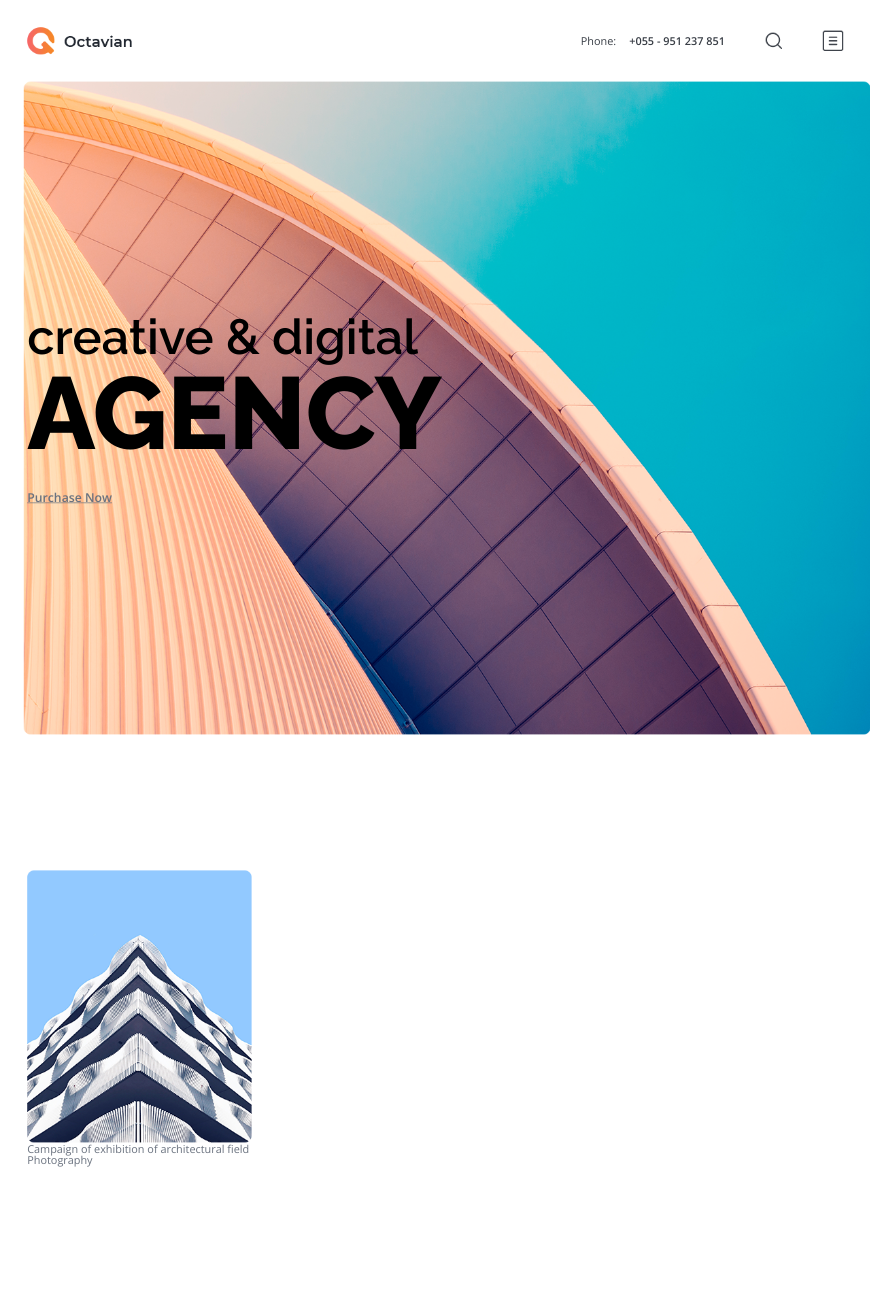
Repository: kate30980/LP-practiceoctavian
Page: index.html
The author's editor kept a copy of each file at every save. The page is drawn from the files as they stood at one save, then again after the next save.
The browser window is 1280 px wide. The pictures show the whole page, at 68% of full size.
The style sheet was rebuilt from its Sass, Less or Tailwind sources for each picture, by a compiler version that may differ from the author's.

Above is the page before, as saved 2021-08-25 09:31:01.

### index.html
<!DOCTYPE html>
<html lang="en">

<head>
    <meta charset="UTF-8">
    <meta http-equiv="X-UA-Compatible" content="IE=edge">
    <meta name="viewport" content="width=device-width, initial-scale=1.0">
    <title>Octavian LP</title>
    <script type="module" src="https://unpkg.com/ionicons@5.5.2/dist/ionicons/ionicons.esm.js"></script>
    <script nomodule src="https://unpkg.com/ionicons@5.5.2/dist/ionicons/ionicons.js"></script>
    <link rel="preconnect" href="https://fonts.googleapis.com">
    <link rel="preconnect" href="https://fonts.gstatic.com" crossorigin>
    <link
        href="https://fonts.googleapis.com/css2?family=Open+Sans:wght@300;400;600;700&family=Raleway:wght@600;700;800&display=swap"
        rel="stylesheet">
    <link rel="stylesheet" href="css/app.css">
</head>

<body>
    <header class="header">
        <div class="container">
            <div class="header-main">
                <img src="./images/logo.png" alt="logo-header" class="header-logo">
                <div class="navigation">
                    <p class="header-phone">Phone: <span>+055 - 951 237 851</span></p>
                    <img src="./images/icon-search.png" alt="" class="icon-search">
                    <img src="./images/icon-bars.png" alt="" class="icon-toggle">
                </div>
            </div>
        </div>
    </header>
    <main>
        <section class="hero">
            <img src="./images/img1.png" alt="img-header" class="hero-image">
            <div class="container">
                <div class="hero-content">
                    <h2 class="hero-caption second-font">creative & digital</h2>
                    <h1 class="hero-heading second-font">Agency</h1>
                    <a href="#" class="hero-link">Purchase Now</a>
                </div>
            </div>
        </section>
        <section class="portfolio">
            <div class="container">
                <div class="portfolio-list">
                    <div class="portfolio-collumn">
                        <div class="portfolio-item">
                            <div class="portfolio-image">
                                <img src="./images/img2.png" alt="img2">
                            </div>
                            <h3 class="portfolio-title">Campaign of exhibition of architectural field</h3>
                            <div class="portfolio-category">Photography</div>
                        </div>
                    </div>
                    <div class="portfolio-collumn"></div>
                    <div class="portfolio-collumn"></div>
                </div>
            </div>
        </section>
    </main>
</body>

</html>

### sass/app.scss
@import "variables";
@import "reset";
@import "base";
@import "header";
@import "hero";
@import "portfolio";

### sass/_variables.scss
$primary-font: "Open sans", sans-serif;
$secondary-font: "Raleway", sans-serif;
$gray: #393e46;
$gray-light: #6a727f;

### sass/_base.scss
body{
    font-family: $primary-font;
    font-size: 16px;
    line-height:1;
    color: $gray-light;
    max-width: 1920px;
    margin: 0 auto;
}
.container{
    max-width: 1200px;
    margin: 0 auto;
    padding:0 15px;
}
.second-font{
    font-family: $secondary-font;
}

### sass/_header.scss
.header{
    &-main{
         display: flex;
         justify-content: space-between;
         align-items: center;
         padding: 40px 0;
    }
    &-phone{
        color: $gray;
        font-weight: 300;
        span{
            font-weight: 600;
            margin-left: 15px;
        }
    }
}
.navigation{
    display: flex;
    align-items: center;
    gap: 0 60px;
}

### sass/_hero.scss
.hero{
    position: relative;
    margin-bottom: 200px;
    &-image{
        margin-left: auto;
        display: block;
    }
    &-content{
        position: absolute;
        top: 50%;
        transform: translateY(-50%);
        z-index: 2;
    }
    &-caption{
        font-size: 72px;
        font-weight: 600;
        color: black;
    }
    &-heading{
        font-weight: 800;font-size: 150px;
        text-transform: uppercase;
        margin-bottom: 40px;
        color: black;
    }
    &-link{
        font-size: 18px;
        text-decoration: underline;
        color: $gray-light;
        display: inline-block;
        font-weight: 600;
    }
}

### sass/_portfolio.scss
.portfolio{
    margin-bottom: 200px;
    &-list{
        display: grid;
        grid-template-columns: repeat(3,1fr);
        grid-gap: 0 90px;
    }
}

Loaded but not shown: sass/_reset.scss (common file)

After the next save:
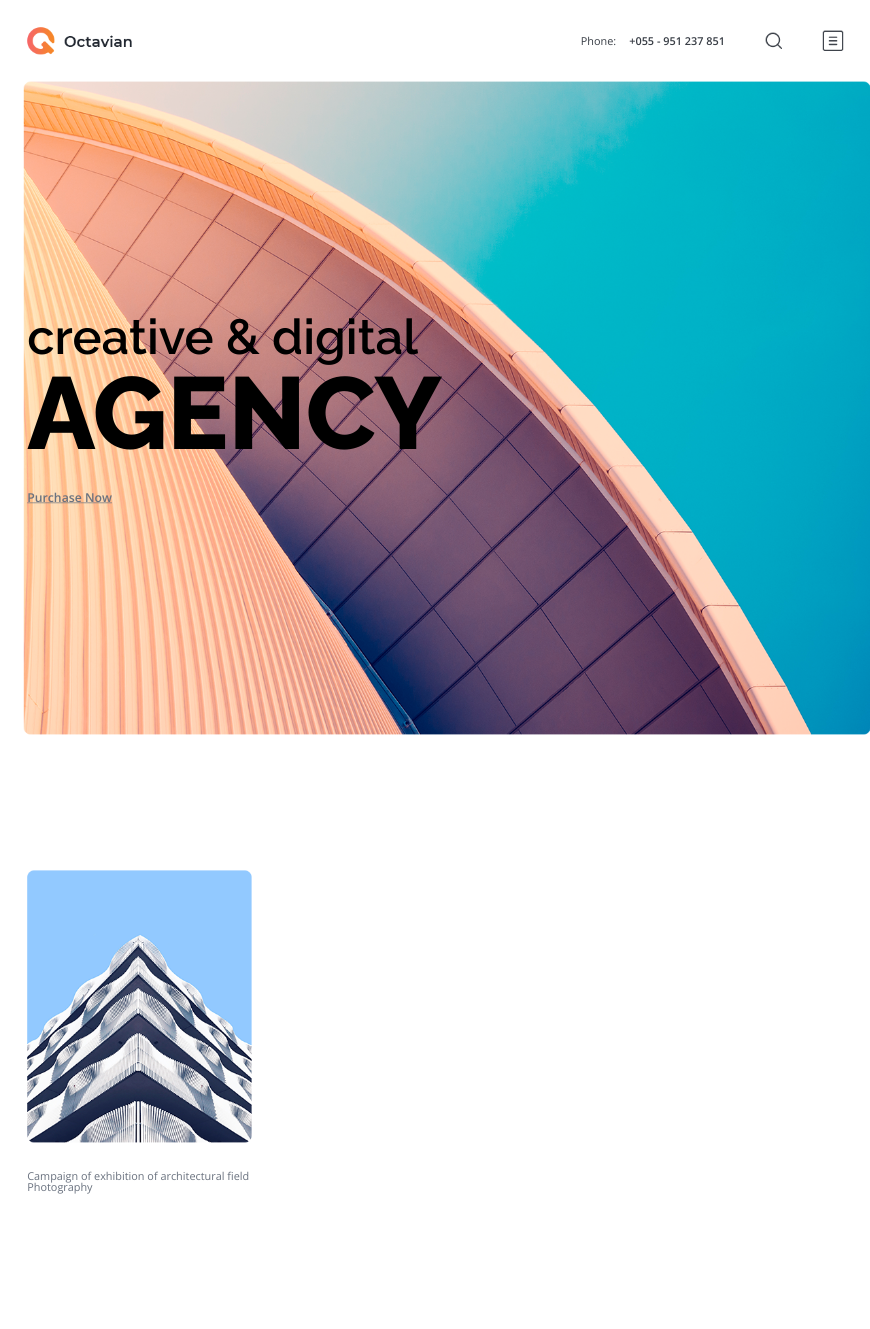
Saved 28 s later.
--- a/sass/_portfolio.scss
+++ b/sass/_portfolio.scss
@@ -5,4 +5,7 @@
         grid-template-columns: repeat(3,1fr);
         grid-gap: 0 90px;
     }
+    &-image{
+        margin-bottom: 40px;
+    }
 }
